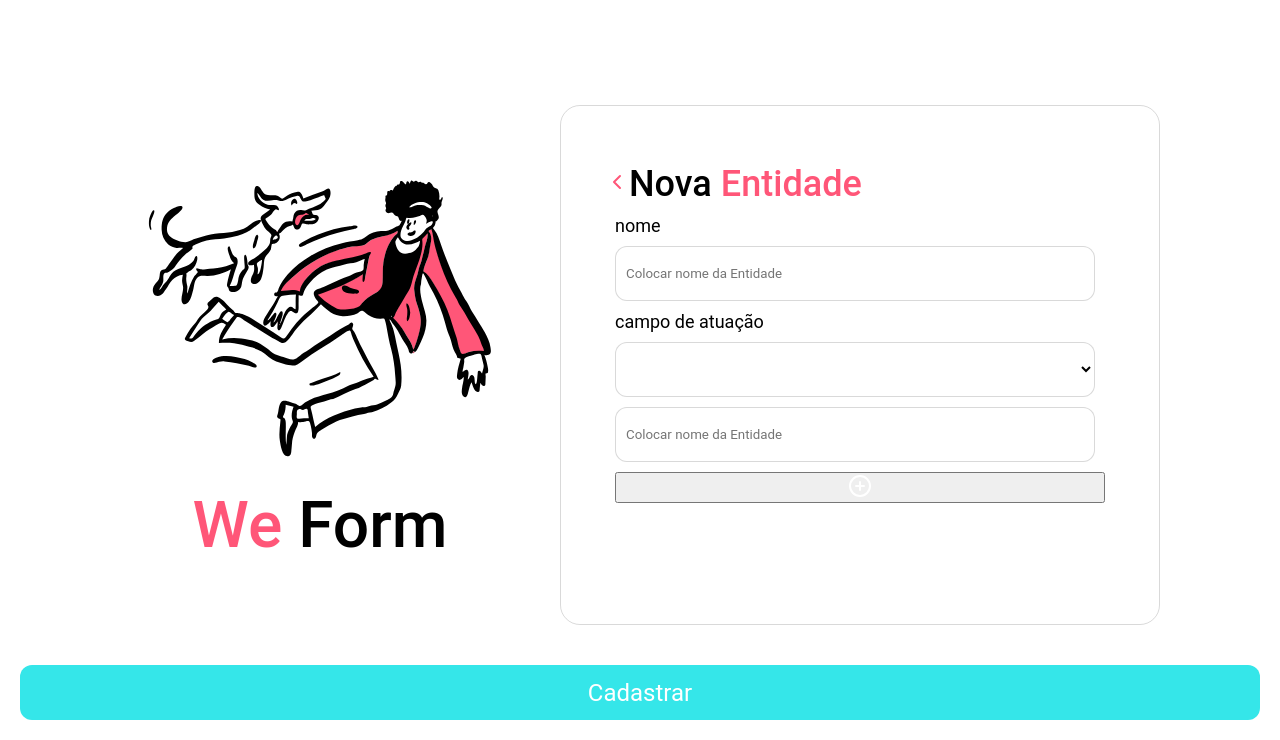
Repository: guilhermecardoso93/we-form
Page: nova-entidade.html
These files come from the project's save history. The page is drawn as it stood at one moment and after the next save; the edit follows.
The browser window is 1280 px wide. The pictures show the whole page.
Some web libraries are served in a nearby version.

Above is the page before, as saved 2024-06-09 18:38:23.

After the next save:
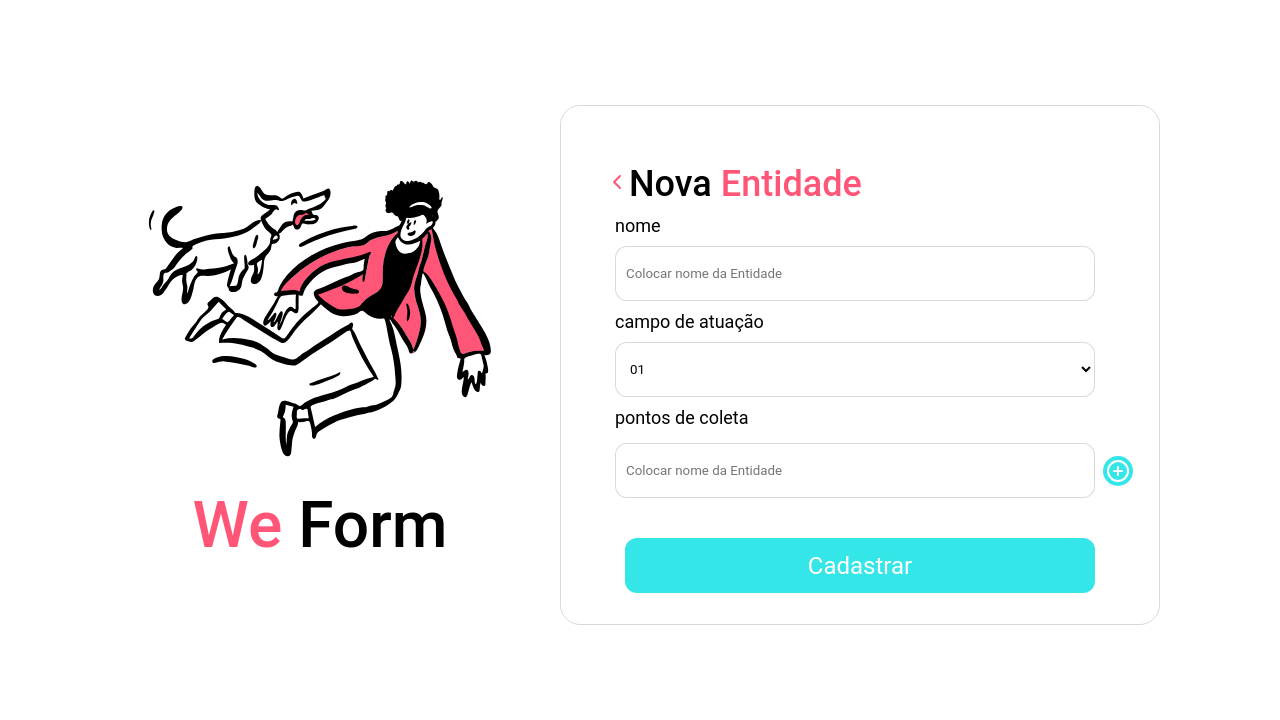
Saved 34 s later.
--- a/nova-entidade.html
+++ b/nova-entidade.html
@@ -1,58 +1,55 @@
 <!DOCTYPE html>
 <html lang="pt-BR">
 
-    <head>
-        <meta charset="UTF-8">
-        <meta name="viewport" content="width=device-width, initial-scale=1.0">
-        <link rel="stylesheet"
-            href="https://cdnjs.cloudflare.com/ajax/libs/font-awesome/5.13.1/css/all.min.css">
-        <link rel="stylesheet" href="./styles.css">
-        <title>We Form</title>
-    </head>
+<head>
+    <meta charset="UTF-8">
+    <meta name="viewport" content="width=device-width, initial-scale=1.0">
+    <link rel="stylesheet" href="https://cdnjs.cloudflare.com/ajax/libs/font-awesome/5.13.1/css/all.min.css">
+    <link rel="stylesheet" href="./styles.css">
+    <title>We Form</title>
+</head>
 
-    <body>
-        <div class="content">
+<body>
+    <div class="content">
 
-            <aside>
-                <img src="./assets/hero.svg"
-                    alt="Ilustração mulher com cachorro" />
-                <h1>
-                    <span>We</span> Form
-                </h1>
-            </aside>
+        <aside>
+            <img src="./assets/hero.svg" alt="Ilustração mulher com cachorro" />
+            <h1>
+                <span>We</span> Form
+            </h1>
+        </aside>
 
-            <main>
-                <div class="header">
-                    <a href="/">
-                        <img src="./assets/arrow-back.svg" alt="seta" />
-                        </a href="/">
-                        <h2>Nova <span>Entidade</span></h2>
-                    </div>
+        <main>
+            <div class="header">
+                <a href="/">
+                    <img src="./assets/arrow-back.svg" alt="seta" />
+                </a href="/">
+                <h2>Nova <span>Entidade</span></h2>
+            </div>
 
-                    <form>
-                        <label form="nome">Nome</label>
-                        <input type="text"
-                            placeholder="Colocar nome da Entidade" id="nome">
+            <form>
+                <label form="nome">Nome</label>
+                <input type="text" placeholder="Colocar nome da Entidade" id="nome">
 
-                        <label form="field">Campo de Atuação</label>
-                        <select type=""
-                            placeholder="Colocar o campo de Atuação da Entidade"
-                            id="field">
+                <label form="field">Campo de Atuação</label>
+                <select type="" placeholder="Colocar o campo de Atuação da Entidade" id="field">
+                        <option>01</option>
+                        <option>02</option>
+                        <option>03</option>
+                     </select>
 
-                        <div class="points-things">
-                            <label form="points">Pontos de coleta</label>
+                <div class="points-things">
+                    <label form="points">Pontos de coleta</label>
 
-                            <input type="text"
-                                placeholder="Colocar nome da Entidade"
-                                id="points">
-                            <button>
+                    <input type="text" placeholder="Colocar nome da Entidade" id="points">
+                    <button>
                                 <img src="./assets/plus.svg" alt />
                             </button>
 
-                        </div>
-                    </form>
-                    <div class="buttons">
-                        <button>
+                </div>
+            </form>
+            <div class="buttons">
+                <button>
                             <a href="http://">Cadastrar </a>
                         </div>
 
